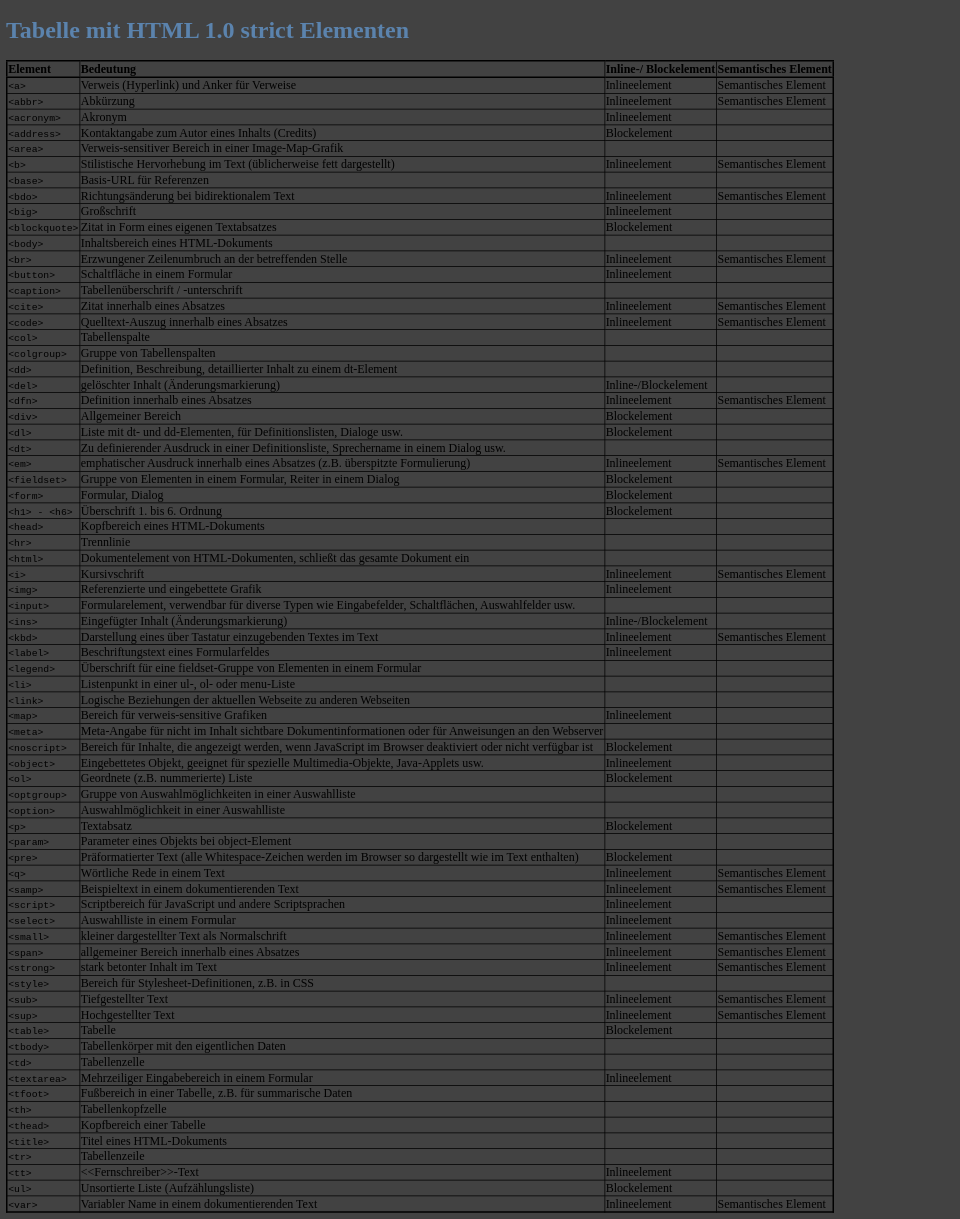
Repository: pLurchi/MyWebengineeringRepo
Page: RemoteSystemsTempFiles/HA-Kapitel06/WebContent/index.html
An editor plug-in stored every save of this project. The page is shown before and after the next save, followed by the edit.
The browser window is 1280 px wide. The pictures show the whole page, at 75% of full size.

Above is the page before, as saved 2013-11-30 09:39:29.

### RemoteSystemsTempFiles/HA-Kapitel06/WebContent/index.html
<?xml version="1.0" encoding="UTF-8" ?>
<!DOCTYPE html PUBLIC "-//W3C//DTD XHTML 1.0 Strict//EN" "http://www.w3.org/TR/xhtml1/DTD/xhtml1-strict.dtd">
<html xmlns="http://www.w3.org/1999/xhtml">
<head>
<meta http-equiv="Content-Type" content="text/html; charset=UTF-8" />
<link type="text/css" rel="stylesheet" href="CSS/stylesheet.css" />

<title>HA-Kapitel06</title>
</head>
<body>

	<h1>Tabelle mit HTML 1.0 strict Elementen</h1>

	<table class="wiki-content-table">

		<colgroup>
    		<col width="1*" />
    		<col width="4*" />
    		<col width="1*" />
		    <col width="1*" />
  		</colgroup>

		<tr>
			<th>Element</th>
			<th>Bedeutung</th>
			<th>Inline-/ Blockelement</th>
			<th>Semantisches Element</th>
		</tr>

		<tr>
			<td><tt>&lt;a&gt;</tt></td>
			<td>Verweis (Hyperlink) und Anker für Verweise</td>
			<td>Inlineelement</td>
			<td>Semantisches Element</td>
		</tr>
		<tr>
			<td><tt>&lt;abbr&gt;</tt></td>
			<td>Abkürzung</td>
			<td>Inlineelement</td>
			<td>Semantisches Element</td>
		</tr>
		<tr>
			<td><tt>&lt;acronym&gt;</tt></td>
			<td>Akronym</td>
			<td>Inlineelement</td>
			<td></td>
		</tr>
		<tr>
			<td><tt>&lt;address&gt;</tt></td>
			<td>Kontaktangabe zum Autor eines Inhalts (Credits)</td>
			<td>Blockelement</td>
			<td></td>
		</tr>
		<tr>
			<td><tt>&lt;area&gt;</tt></td>
			<td>Verweis-sensitiver Bereich in einer Image-Map-Grafik</td>
			<td></td>
			<td></td>
		</tr>
		<tr>
			<td><tt>&lt;b&gt;</tt></td>
			<td>Stilistische Hervorhebung im Text (üblicherweise fett dargestellt)</td>
			<td>Inlineelement</td>
			<td>Semantisches Element</td>
		</tr>
		<tr>
			<td><tt>&lt;base&gt;</tt></td>
			<td>Basis-URL für Referenzen</td>
			<td></td>
			<td></td>
		</tr>
		<tr>
			<td><tt>&lt;bdo&gt;</tt></td>
			<td>Richtungsänderung bei bidirektionalem Text</td>
			<td>Inlineelement</td>
			<td>Semantisches Element</td>
		</tr>
		<tr>
			<td><tt>&lt;big&gt;</tt></td>
			<td>Großschrift</td>
			<td>Inlineelement</td>
			<td></td>
		</tr>
		<tr>
			<td><tt>&lt;blockquote&gt;</tt></td>
			<td>Zitat in Form eines eigenen Textabsatzes</td>
			<td>Blockelement</td>
			<td></td>
		</tr>
		<tr>
			<td><tt>&lt;body&gt;</tt></td>
			<td>Inhaltsbereich eines HTML-Dokuments</td>
			<td></td>
			<td></td>
		</tr>
		<tr>
			<td><tt>&lt;br&gt;</tt></td>
			<td>Erzwungener Zeilenumbruch an der betreffenden Stelle</td>
			<td>Inlineelement</td>
			<td>Semantisches Element</td>
		</tr>
		<tr>
			<td><tt>&lt;button&gt;</tt></td>
			<td>Schaltfläche in einem Formular</td>
			<td>Inlineelement</td>
			<td></td>
		</tr>
		<tr>
			<td><tt>&lt;caption&gt;</tt></td>
			<td>Tabellenüberschrift / -unterschrift</td>
			<td></td>
			<td></td>
		</tr>
		<tr>
			<td><tt>&lt;cite&gt;</tt></td>
			<td>Zitat innerhalb eines Absatzes</td>
			<td>Inlineelement</td>
			<td>Semantisches Element</td>
		</tr>
		<tr>
			<td><tt>&lt;code&gt;</tt></td>
			<td>Quelltext-Auszug innerhalb eines Absatzes</td>
			<td>Inlineelement</td>
			<td>Semantisches Element</td>
		</tr>
		<tr>
			<td><tt>&lt;col&gt;</tt></td>
			<td>Tabellenspalte</td>
			<td></td>
			<td></td>
		</tr>
		<tr>
			<td><tt>&lt;colgroup&gt;</tt></td>
			<td>Gruppe von Tabellenspalten</td>
			<td></td>
			<td></td>
		</tr>
		<tr>
			<td><tt>&lt;dd&gt;</tt></td>
			<td>Definition, Beschreibung, detaillierter Inhalt zu einem dt-Element</td>
			<td></td>
			<td></td>
		</tr>
		<tr>
			<td><tt>&lt;del&gt;</tt></td>
			<td>gelöschter Inhalt (Änderungsmarkierung)</td>
			<td>Inline-/Blockelement</td>
			<td></td>
		</tr>
		<tr>
			<td><tt>&lt;dfn&gt;</tt></td>
			<td>Definition innerhalb eines Absatzes</td>
			<td>Inlineelement</td>
			<td>Semantisches Element</td>
		</tr>
		<tr>
			<td><tt>&lt;div&gt;</tt></td>
			<td>Allgemeiner Bereich</td>
			<td>Blockelement</td>
			<td></td>
		</tr>
		<tr>
			<td><tt>&lt;dl&gt;</tt></td>
			<td>Liste mit dt- und dd-Elementen, für Definitionslisten, Dialoge usw.</td>
			<td>Blockelement</td>
			<td></td>
		</tr>
		<tr>
			<td><tt>&lt;dt&gt;</tt></td>
			<td>Zu definierender Ausdruck in einer Definitionsliste, Sprechername in einem Dialog usw.</td>
			<td></td>
			<td></td>
		</tr>
		<tr>
			<td><tt>&lt;em&gt;</tt></td>
			<td>emphatischer Ausdruck innerhalb eines Absatzes (z.B. überspitzte Formulierung)</td>
			<td>Inlineelement</td>
			<td>Semantisches Element</td>
		</tr>
		<tr>
			<td><tt>&lt;fieldset&gt;</tt></td>
			<td>Gruppe von Elementen in einem Formular, Reiter in einem Dialog</td>
			<td>Blockelement</td>
			<td></td>
		</tr>
		<tr>
			<td><tt>&lt;form&gt;</tt></td>
			<td>Formular, Dialog</td>
			<td>Blockelement</td>
			<td></td>
		</tr>
		<tr>
			<td><tt>&lt;h1&gt; - &lt;h6&gt;</tt></td>
			<td>Überschrift 1. bis 6. Ordnung</td>
			<td>Blockelement</td>
			<td></td>
		</tr>
		<tr>
			<td><tt>&lt;head&gt;</tt></td>
			<td>Kopfbereich eines HTML-Dokuments</td>
			<td></td>
			<td></td>
		</tr>
		<tr>
			<td><tt>&lt;hr&gt;</tt></td>
			<td>Trennlinie</td>
			<td></td>
			<td></td>
		</tr>
		<tr>
			<td><tt>&lt;html&gt;</tt></td>
			<td>Dokumentelement von HTML-Dokumenten, schließt das gesamte Dokument ein</td>
			<td></td>
			<td></td>
		</tr>
		<tr>
			<td><tt>&lt;i&gt;</tt></td>
			<td>Kursivschrift</td>
			<td>Inlineelement</td>
			<td>Semantisches Element</td>
		</tr>
		<tr>
			<td><tt>&lt;img&gt;</tt></td>
			<td>Referenzierte und eingebettete Grafik</td>
			<td>Inlineelement</td>
			<td></td>
		</tr>
		<tr>
			<td><tt>&lt;input&gt;</tt></td>
			<td>Formularelement, verwendbar für diverse Typen wie Eingabefelder, Schaltflächen, Auswahlfelder usw.</td>
			<td></td>
			<td></td>
		</tr>
		<tr>
			<td><tt>&lt;ins&gt;</tt></td>
			<td>Eingefügter Inhalt (Änderungsmarkierung)</td>
			<td>Inline-/Blockelement</td>
			<td></td>
		</tr>
		<tr>
			<td><tt>&lt;kbd&gt;</tt></td>
			<td>Darstellung eines über Tastatur einzugebenden Textes im Text</td>
			<td>Inlineelement</td>
			<td>Semantisches Element</td>
		</tr>
		<tr>
			<td><tt>&lt;label&gt;</tt></td>
			<td>Beschriftungstext eines Formularfeldes</td>
			<td>Inlineelement</td>
			<td></td>
		</tr>
		<tr>
			<td><tt>&lt;legend&gt;</tt></td>
			<td>Überschrift für eine fieldset-Gruppe von Elementen in einem Formular</td>
			<td></td>
			<td></td>
		</tr>
		<tr>
			<td><tt>&lt;li&gt;</tt></td>
			<td>Listenpunkt in einer ul-, ol- oder menu-Liste</td>
			<td></td>
			<td></td>
		</tr>
		<tr>
			<td><tt>&lt;link&gt;</tt></td>
			<td>Logische Beziehungen der aktuellen Webseite zu anderen Webseiten</td>
			<td></td>
			<td></td>
		</tr>
		<tr>
			<td><tt>&lt;map&gt;</tt></td>
			<td>Bereich für verweis-sensitive Grafiken</td>
			<td>Inlineelement</td>
			<td></td>
		</tr>
		<tr>
			<td><tt>&lt;meta&gt;</tt></td>
			<td>Meta-Angabe für nicht im Inhalt sichtbare Dokumentinformationen oder für Anweisungen an den Webserver</td>
			<td></td>
			<td></td>
		</tr>
		<tr>
			<td><tt>&lt;noscript&gt;</tt></td>
			<td>Bereich für Inhalte, die angezeigt werden, wenn JavaScript im Browser deaktiviert oder nicht verfügbar ist</td>
			<td>Blockelement</td>
			<td></td>
		</tr>
		<tr>
			<td><tt>&lt;object&gt;</tt></td>
			<td>Eingebettetes Objekt, geeignet für spezielle Multimedia-Objekte, Java-Applets usw.</td>
			<td>Inlineelement</td>
			<td></td>
		</tr>
		<tr>
			<td><tt>&lt;ol&gt;</tt></td>
			<td>Geordnete (z.B. nummerierte) Liste</td>
			<td>Blockelement</td>
			<td></td>
		</tr>
		<tr>
			<td><tt>&lt;optgroup&gt;</tt></td>
			<td>Gruppe von Auswahlmöglichkeiten in einer Auswahlliste</td>
			<td></td>
			<td></td>
		</tr>
		<tr>
			<td><tt>&lt;option&gt;</tt></td>
			<td>Auswahlmöglichkeit in einer Auswahlliste</td>
			<td></td>
			<td></td>
		</tr>
		<tr>
			<td><tt>&lt;p&gt;</tt></td>
			<td>Textabsatz</td>
			<td>Blockelement</td>
			<td></td>
		</tr>
		<tr>
			<td><tt>&lt;param&gt;</tt></td>
			<td>Parameter eines Objekts bei object-Element</td>
			<td></td>
			<td></td>
		</tr>
		<tr>
			<td><tt>&lt;pre&gt;</tt></td>
			<td>Präformatierter Text (alle Whitespace-Zeichen werden im Browser so dargestellt wie im Text enthalten)</td>
			<td>Blockelement</td>
			<td></td>
		</tr>
		<tr>
			<td><tt>&lt;q&gt;</tt></td>
			<td>Wörtliche Rede in einem Text</td>
			<td>Inlineelement</td>
			<td>Semantisches Element</td>
		</tr>
		<tr>
			<td><tt>&lt;samp&gt;</tt></td>
			<td>Beispieltext in einem dokumentierenden Text</td>
			<td>Inlineelement</td>
			<td>Semantisches Element</td>
		</tr>
		<tr>
			<td><tt>&lt;script&gt;</tt></td>
			<td>Scriptbereich für JavaScript und andere Scriptsprachen</td>
			<td>Inlineelement</td>
			<td></td>
		</tr>
		<tr>
			<td><tt>&lt;select&gt;</tt></td>
			<td>Auswahlliste in einem Formular</td>
			<td>Inlineelement</td>
			<td></td>
		</tr>
		<tr>
			<td><tt>&lt;small&gt;</tt></td>
			<td>kleiner dargestellter Text als Normalschrift</td>
			<td>Inlineelement</td>
			<td>Semantisches Element</td>
		</tr>
		<tr>
			<td><tt>&lt;span&gt;</tt></td>
			<td>allgemeiner Bereich innerhalb eines Absatzes</td>
			<td>Inlineelement</td>
			<td>Semantisches Element</td>
		</tr>
		<tr>
			<td><tt>&lt;strong&gt;</tt></td>
			<td>stark betonter Inhalt im Text</td>
			<td>Inlineelement</td>
			<td>Semantisches Element</td>
		</tr>
		<tr>
			<td><tt>&lt;style&gt;</tt></td>
			<td>Bereich für Stylesheet-Definitionen, z.B. in CSS</td>
			<td></td>
			<td></td>
		</tr>
		<tr>
			<td><tt>&lt;sub&gt;</tt></td>
			<td>Tiefgestellter Text</td>
			<td>Inlineelement</td>
			<td>Semantisches Element</td>
		</tr>
		<tr>
			<td><tt>&lt;sup&gt;</tt></td>
			<td>Hochgestellter Text</td>
			<td>Inlineelement</td>
			<td>Semantisches Element</td>
		</tr>
		<tr>
			<td><tt>&lt;table&gt;</tt></td>
			<td>Tabelle</td>
			<td>Blockelement</td>
			<td></td>
		</tr>
		<tr>
			<td><tt>&lt;tbody&gt;</tt></td>
			<td>Tabellenkörper mit den eigentlichen Daten</td>
			<td></td>
			<td></td>
		</tr>
		<tr>
			<td><tt>&lt;td&gt;</tt></td>
			<td>Tabellenzelle</td>
			<td></td>
			<td></td>
		</tr>
		<tr>
			<td><tt>&lt;textarea&gt;</tt></td>
			<td>Mehrzeiliger Eingabebereich in einem Formular</td>
			<td>Inlineelement</td>
			<td></td>
		</tr>
		<tr>
			<td><tt>&lt;tfoot&gt;</tt></td>
			<td>Fußbereich in einer Tabelle, z.B. für summarische Daten</td>
			<td></td>
			<td></td>
		</tr>
		<tr>
			<td><tt>&lt;th&gt;</tt></td>
			<td>Tabellenkopfzelle</td>
			<td></td>
			<td></td>
		</tr>
		<tr>
			<td><tt>&lt;thead&gt;</tt></td>
			<td>Kopfbereich einer Tabelle</td>
			<td></td>
			<td></td>
		</tr>
		<tr>
			<td><tt>&lt;title&gt;</tt></td>
			<td>Titel eines HTML-Dokuments</td>
			<td></td>
			<td></td>
		</tr>
		<tr>
			<td><tt>&lt;tr&gt;</tt></td>
			<td>Tabellenzeile</td>
			<td></td>
			<td></td>
		</tr>
		<tr>
			<td><tt>&lt;tt&gt;</tt></td>
			<td>&lt;&lt;Fernschreiber&gt;&gt;-Text</td>
			<td>Inlineelement</td>
			<td></td>
		</tr>
		<tr>
			<td><tt>&lt;ul&gt;</tt></td>
			<td>Unsortierte Liste (Aufzählungsliste)</td>
			<td>Blockelement</td>
			<td></td>
		</tr>
		<tr>
			<td><tt>&lt;var&gt;</tt></td>
			<td>Variabler Name in einem dokumentierenden Text</td>
			<td>Inlineelement</td>
			<td>Semantisches Element</td>
		</tr>
	</table>


</body>
</html>

### RemoteSystemsTempFiles/HA-Kapitel06/WebContent/CSS/stylesheet.css
@CHARSET "UTF-8";

/*Main Stylesheet of Web Eng G1 */

body {
	background-color: #424242;
}

h1 {
	color: #5B83AD;
}

table {
	border: 2px solid black;
	border-collapse:collapse;
}

th {
	border: 2px solid black;
	border-left: 1px solid black;
	border-right: 1px solid black;
	text-align: left;
	vertical-align:top;
}

td {
	border: 1px solid black;
	text-align: left;
	vertical-align:top;
}

After the next save:
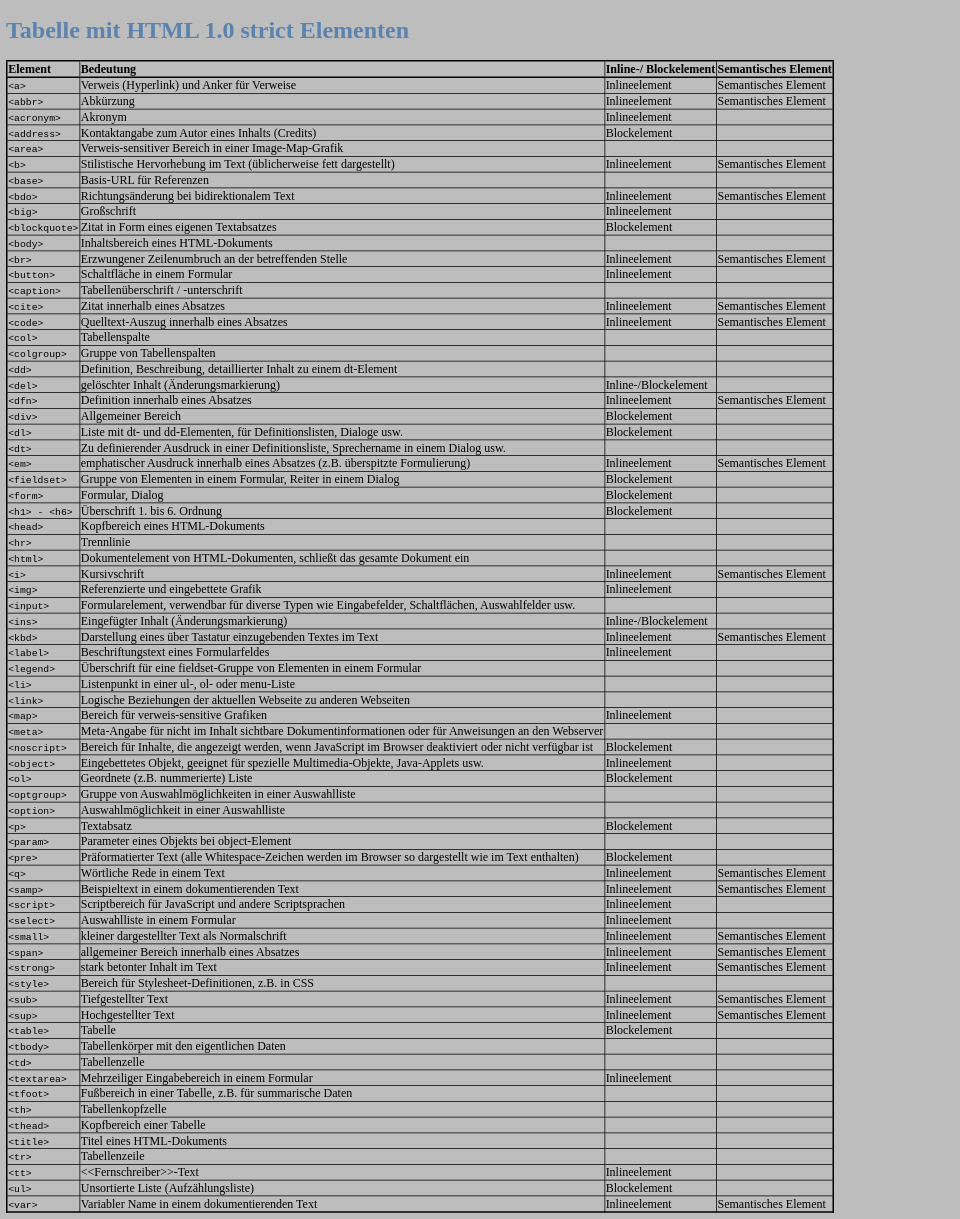
Saved 62 s later.
--- a/RemoteSystemsTempFiles/HA-Kapitel06/WebContent/CSS/stylesheet.css
+++ b/RemoteSystemsTempFiles/HA-Kapitel06/WebContent/CSS/stylesheet.css
@@ -2,8 +2,12 @@
 
 /*Main Stylesheet of Web Eng G1 */
 
+/*Colors
+	gray: #BDBDBD;
+*/
+
 body {
-	background-color: #424242;
+	background-color: #BDBDBD;
 }
 
 h1 {
